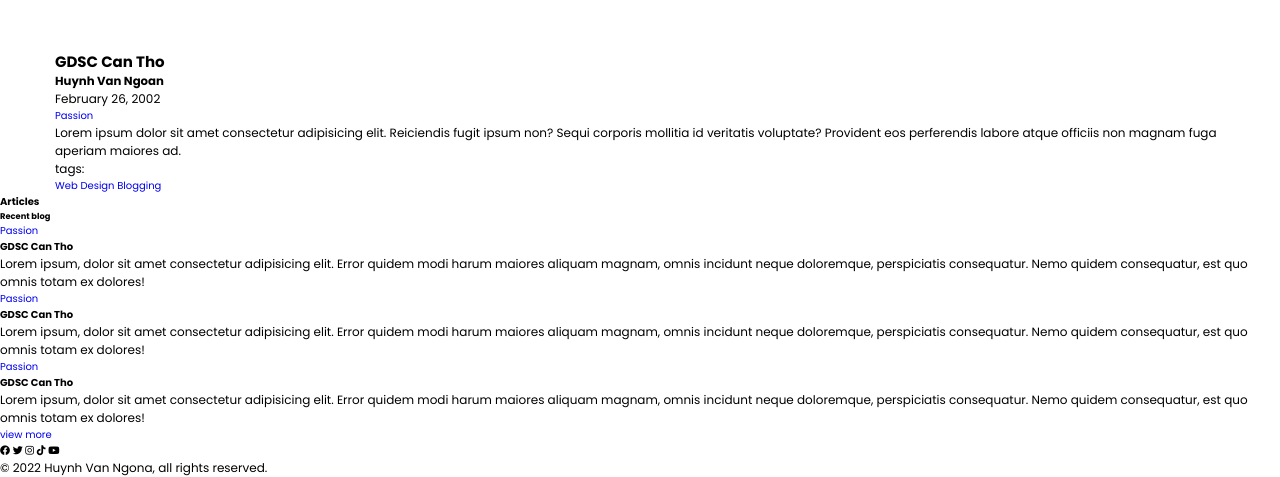
Repository: huynhvanngoan/TaskTeam5
Page: BlogPost/HTML/index.html
An editor plug-in stored every save of this project. The page is shown before and after a run of saves, followed by the edit.
The browser window is 1280 px wide. The pictures show the part of the page from y = 620 to 1097 px (the page is 1097 px tall).

Above is the page before, as saved 2022-10-17 00:32:37.

### BlogPost/HTML/index.html
<!DOCTYPE html>
<html lang="en">

<head>
    <meta charset="UTF-8">
    <meta http-equiv="X-UA-Compatible" content="IE=edge">
    <meta name="viewport" content="width=device-width, initial-scale=1.0">
    <title>Blog Post</title>
    <link rel="stylesheet" href="../CSS/style.css">

    <link rel="stylesheet" href="https://cdnjs.cloudflare.com/ajax/libs/font-awesome/6.2.0/css/all.min.css"
        referrerpolicy="no-referrer" />
</head>

<body>
    <header>
        <div class="navbar container">
            <div class="logo">
                <h1>GDSC Can Tho</h1>
            </div>
            <ul class="nav-list">
                <li><a href="#">Home</a></li>
                <li><a href="#">Work</a></li>
                <li><a href="#">Blog</a></li>
                <li><a href="#">Service</a></li>
                <li><a href="#">About Us</a></li>
                <li><a href="#">Contact Us</a></li>
            </ul>
        </div>
    </header>
    <div class="container">
        <div class="hero"> </div>
        <main>
            <h2>GDSC Can Tho </h2>
            <div class="profile-container">
                <div class="profile">
                    <div class="img-container">

                    </div>
                    <div class="text">
                        <h3>Huynh Van Ngoan</h3>
                        <p>February 26, 2002</p>
                    </div>
                    <div class="button">
                        <a href="#" class="btn">Passion</a>
                    </div>
                </div>
                <div class="content">
                    <p>Lorem ipsum dolor sit amet consectetur adipisicing elit. Reiciendis fugit ipsum non? Sequi corporis mollitia id veritatis voluptate? Provident eos perferendis labore atque officiis non magnam fuga aperiam maiores ad.</p>
                </div>
            </div>
            <div class="tags">
                <p>tags: </p>
                <a href="#">Web Design</a>
                <a href="#">Blogging</a>
            </div>
        </main>
    </div>
    <div class="articles">
        <div class="articles-heading">
            <h4>Articles</h4>
            <h5>Recent blog</h5>
        </div>
        <div class="cards-container">
            <div class="card-container one">
                <div class="img-holder">
                    <a href="#">Passion</a>
                </div>
                <div class="card-text">
                    <h4>GDSC Can Tho</h4>
                    <p>Lorem ipsum, dolor sit amet consectetur adipisicing elit. Error quidem modi harum maiores aliquam magnam, omnis incidunt neque doloremque, perspiciatis consequatur. Nemo quidem consequatur, est quo omnis totam ex dolores!</p>
                </div>
            </div>
            <div class="card-container one">
                <div class="img-holder">
                    <a href="#">Passion</a>
                </div>
                <div class="card-text">
                    <h4>GDSC Can Tho</h4>
                    <p>Lorem ipsum, dolor sit amet consectetur adipisicing elit. Error quidem modi harum maiores aliquam magnam,
                        omnis incidunt neque doloremque, perspiciatis consequatur. Nemo quidem consequatur, est quo omnis totam ex
                        dolores!</p>
                </div>
            </div>
            <div class="card-container one">
                <div class="img-holder">
                    <a href="#">Passion</a>
                </div>
                <div class="card-text">
                    <h4>GDSC Can Tho</h4>
                    <p>Lorem ipsum, dolor sit amet consectetur adipisicing elit. Error quidem modi harum maiores aliquam magnam,
                        omnis incidunt neque doloremque, perspiciatis consequatur. Nemo quidem consequatur, est quo omnis totam ex
                        dolores!</p>
                </div>
            </div>
        </div>
        <div class="button">
            <a href="#" class="btn">view more</a>
        </div>
    </div>
    <footer>
        <div class="icons">
            <div class="social">
                <i class="fab fa-facebook"></i>
                <i class="fab fa-twitter"></i>
                <i class="fab fa-instagram"></i>
                <i class="fab fa-tiktok"></i>
                <i class="fab fa-youtube"></i>
            </div>
            <div class="copyright">
                <p>&copy; 2022 Huynh Van Ngona, all rights reserved.</p>
            </div>
        </div>
    </footer>
</body>

</html>

### BlogPost/CSS/style.css
/* Google font cdn link */
@import url('https://fonts.googleapis.com/css2?family=Poppins:ital,wght@0,100;0,200;0,300;0,400;0,500;0,600;0,700;0,800;0,900;1,100;1,200;1,300;1,400;1,500;1,600;1,700;1,800;1,900&display=swap');

* {
    margin: 0;
    padding: 0;
    box-sizing: border-box;
    font-family: 'Poppins', sans-serif;
}

html{
    font-size: 10px;
}
li{
    list-style: none;
}
a{
    text-decoration: none;
}
h1{
    font-size: 1.9rem;
}
p{
    font-size: 1.2rem;
}
header{
    width: 100%;
    height: 5em;
    background-color: aliceblue;
    position: fixed;
    top: 0;
    z-index: 333;
}
.container{
    width: 96%;
    max-width: 117rem;
    margin: 0 auto;
}
.navbar {
    width: 100%;
    height: 100%;
    display: flex;
    justify-content: space-between;
    align-items: center;
    padding: 0 1.5rem;
}
.navbar h1{
    text-transform: uppercase;
    color:#5b5963;
    font-weight: 600;
    letter-spacing: 2px;
    cursor: pointer;
}
.navbar ul{
    display: flex;
    justify-content: center;
    align-items: center;
}
.navbar ul a{
    font-size: 1.2rem;
    padding: 1.5rem;
    text-transform: uppercase;
    color: #5b5963;
    font-weight:400;
    letter-spacing:2px;
    transition: all 0.4s ease;
}
.navbar ul a:hover{
    color:white;
    background-color: rgb(183, 240, 160);
}
.hero{
    max-width: 100vh;
    height: 57rem;
    background: url(../Images/Background.JPG) no-repeat center center / cover;
    margin: 5rem auto;
}
main{
    width: 100%;
    max-width: ;

}

After the next 3 saves:
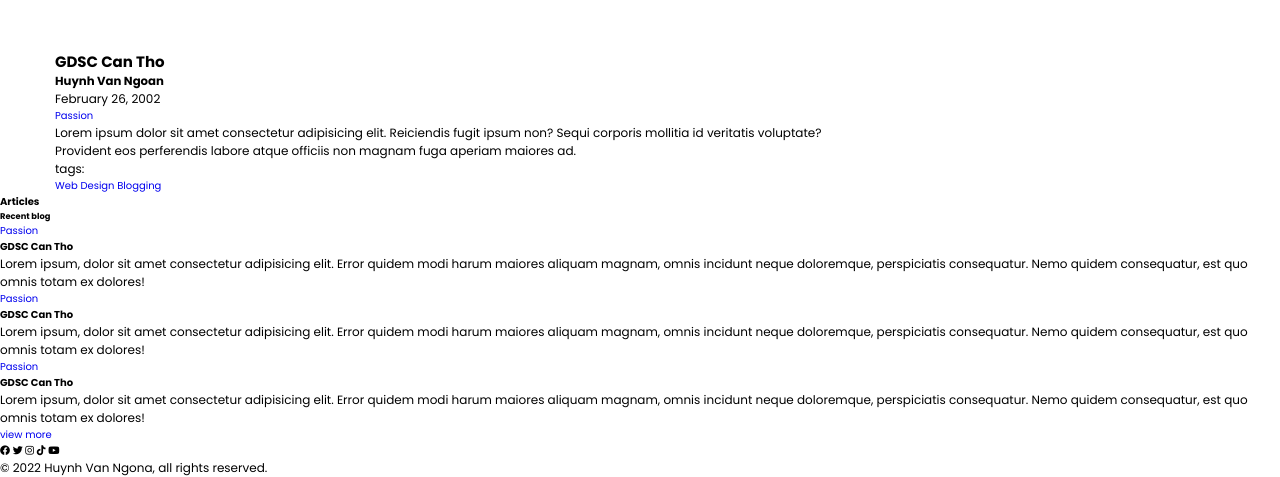
The 3 saves are shown as one change because they came seconds apart.
The last was saved 7 s later.
--- a/BlogPost/CSS/style.css
+++ b/BlogPost/CSS/style.css
@@ -77,6 +77,7 @@ header{
 }
 main{
     width: 100%;
-    max-width: ;
+    max-width: 80rem;
+    bg
 
 }
